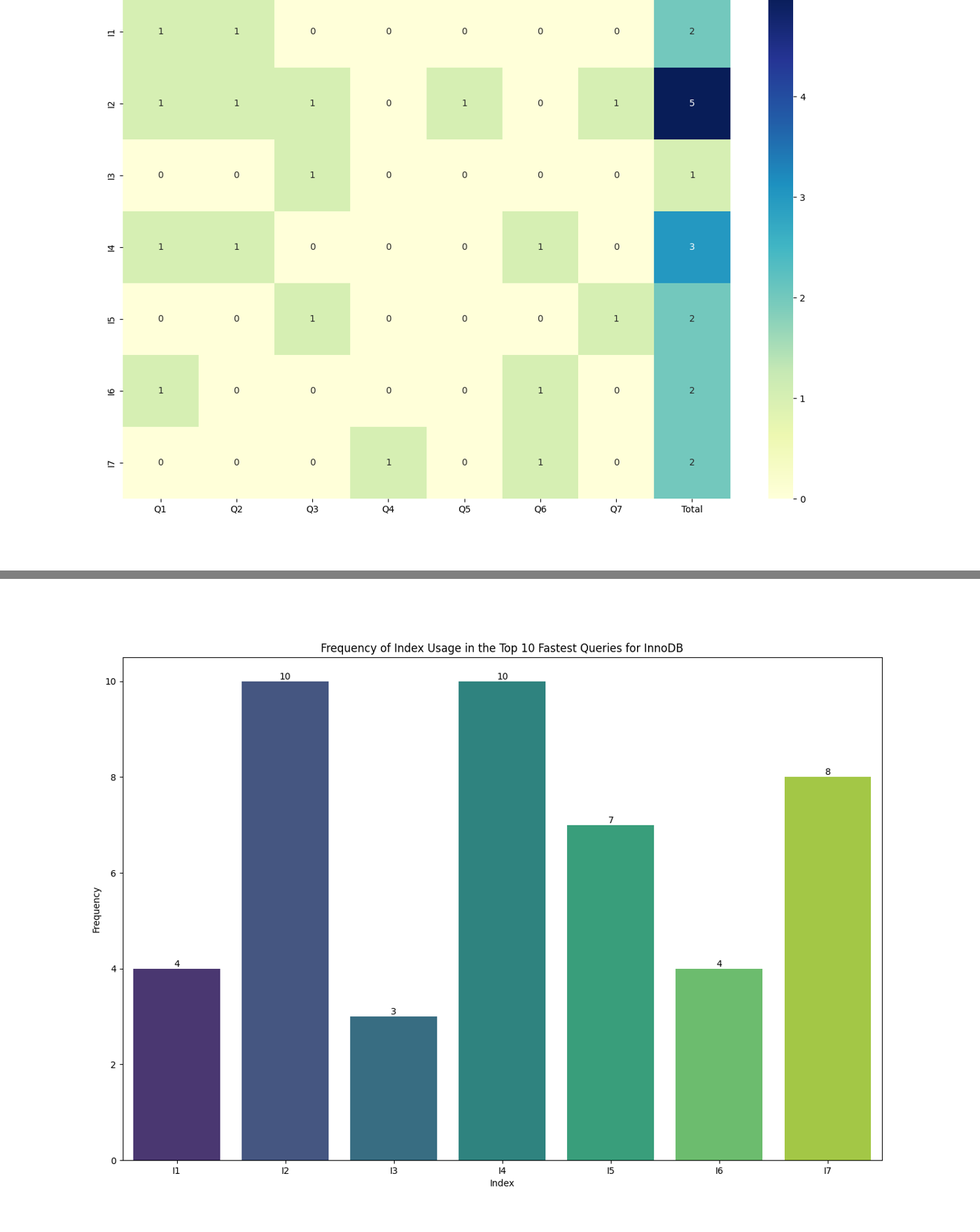
Repository: MarioPasc/Base-de-Datos-Microbiomas
Script's output: python src/mysql_performance_analysis.py
An editor plug-in stored every save of this project. The script's output is shown before and after the next save, followed by the edit.
The pictures show rows 5111 to 6871 of an output 6871 px tall, at 70% of full size.
Each picture stacks the figures in order, with grey between them; figures that are only written to a file come last. Figures wider than 1,400 px are first shrunk to that width. Random numbers start from a fixed seed.

Above is the script's output before, as saved 2024-06-08 11:23:50.

### src/mysql_performance_analysis.py
import pandas as pd
import seaborn as sns
import matplotlib.pyplot as plt
import numpy as np
from scipy.cluster.hierarchy import linkage
from scipy.spatial.distance import pdist
from typing import Any

class CSVVisualizer:
    def __init__(self, csv_path: str, figure_path: str):
        self.csv_path = csv_path
        self.figure_path = figure_path
        self.data = self.read_csv()

    def read_csv(self) -> pd.DataFrame:
        """Reads the CSV file and returns a pandas DataFrame."""
        return pd.read_csv(self.csv_path)

    def normalize_data(self, data: pd.DataFrame) -> pd.DataFrame:
        """Normalizes the data to have zero mean and unit variance."""
        return (data - data.mean()) / data.std()

    def plot_clustered_heatmap(self) -> None:
        """Generates and saves a clustered heatmap from the DataFrame."""
        # Pivot the data to have queries as columns and engines/indices as rows
        data_pivot = self.data.pivot(index='Engine', columns='Indices', values=['Q1', 'Q2', 'Q3', 'Q4', 'Q5', 'Q6', 'Q7'])

        # Flatten the multi-level column index for easier processing
        data_pivot.columns = ['_'.join(map(str, col)).strip() for col in data_pivot.columns.values]

        # Normalize the data
        data_normalized = self.normalize_data(data_pivot)

        # Compute the distance matrix and hierarchical clustering
        dist_matrix = pdist(data_normalized.T, metric='euclidean')
        linkage_matrix = linkage(dist_matrix, method='ward')

        # Plot clustered heatmap
        plt.figure(figsize=(20, 15))
        sns.clustermap(data_normalized, row_cluster=False, col_linkage=linkage_matrix, cmap='viridis')
        plt.savefig(f"{self.figure_path}clustered_heatmap.png")
        plt.close()

    def plot_boxplot(self) -> None:
        """Generates and saves a boxplot for query execution times by engine with mean times in legend."""
        # Compute the mean execution time across all queries for each index and engine
        self.data['MeanQueryTime'] = self.data[['Q1', 'Q2', 'Q3', 'Q4', 'Q5', 'Q6', 'Q7']].mean(axis=1)

        # Calculate the mean times for each engine
        mean_times = self.data.groupby('Engine')['MeanQueryTime'].mean().to_dict()

        # Define the order of engines and a custom palette
        engine_order = ['MyISAM', 'MEMORY', 'InnoDB']
        palette = {'InnoDB': '#5DADE2', 'MEMORY': '#58D68D', 'MyISAM': '#EC7063'}

        plt.figure(figsize=(15, 10))
        boxplot = sns.boxplot(x='Engine', y='MeanQueryTime', data=self.data, order=engine_order, palette=palette)
        plt.ylabel("Mean Execution Time (ms)")
        plt.xlabel("Storage Engine")
        plt.title("Distribution of Mean Query Execution Times by Storage Engine")

        # Add the mean times to the legend
        legend_labels = [f'{engine} (mean: {mean_times[engine]/1000:.4f}s)' for engine in engine_order]
        handles = [plt.Line2D([0], [0], color=palette[engine], lw=4) for engine in engine_order]
        plt.legend(handles, legend_labels, title="Engines")

        plt.savefig(f"{self.figure_path}boxplot.png")
        plt.close()

    def plot_clustered_heatmap_by_engine(self) -> None:
        """Generates and saves a clustered heatmap for each engine."""
        engines = self.data['Engine'].unique()
        for engine in engines:
            data_subset = self.data[self.data['Engine'] == engine]
            melted_data = pd.melt(data_subset, id_vars=['Indices'], value_vars=['Q1', 'Q2', 'Q3', 'Q4', 'Q5', 'Q6', 'Q7'])
            data_pivot = melted_data.pivot(index='variable', columns='Indices', values='value')
            data_normalized = self.normalize_data(data_pivot)
            dist_matrix = pdist(data_normalized.T, metric='euclidean')
            linkage_matrix = linkage(dist_matrix, method='ward')

            plt.figure(figsize=(20, 15))
            sns.clustermap(data_normalized, row_cluster=False, col_linkage=linkage_matrix, cmap='viridis')
            plt.title(f"Clustered Heatmap for Engine: {engine}")
            plt.savefig(f"{self.figure_path}clustered_heatmap_{engine}.png")
            plt.close()

    def plot_innodb_optimal_indices_heatmap(self) -> None:
        """Finds and plots the optimal indices heatmap for InnoDB engine."""
        innodb_data = self.data[self.data['Engine'] == 'InnoDB']
        optimal_indices = []

        for query in ['Q1', 'Q2', 'Q3', 'Q4', 'Q5', 'Q6', 'Q7']:
            min_time_row = innodb_data.loc[innodb_data[query].idxmin()]
            indices = min_time_row['Indices'].split('+')
            optimal_indices.append(indices)

        # Create a DataFrame for the heatmap
        index_set = sorted(set([idx for sublist in optimal_indices for idx in sublist]))
        heatmap_data = pd.DataFrame(0, index=index_set, columns=['Q1', 'Q2', 'Q3', 'Q4', 'Q5', 'Q6', 'Q7'])

        for i, indices in enumerate(optimal_indices):
            for idx in indices:
                heatmap_data.at[idx, f'Q{i+1}'] = 1

        heatmap_data['Total'] = heatmap_data.sum(axis=1)

        plt.figure(figsize=(15, 10))
        sns.heatmap(heatmap_data, annot=True, cmap='YlGnBu')
        plt.title("Optimal Indices for InnoDB Engine")
        plt.savefig(f"{self.figure_path}optimal_indices_heatmap_innodb.png")
        plt.close()

    def plot_innodb_index_frequency(self) -> None:
        """Generates and saves a bar plot for the frequency of index usage in the top 10 fastest queries for InnoDB."""
        # Filter the data for InnoDB engine
        innodb_data = self.data[self.data['Engine'] == 'InnoDB']

        # Find the 10 queries with the lowest mean execution time
        top_10_queries = innodb_data.nsmallest(10, 'MeanQueryTime')

        # Decompose the index combinations into individual indices
        all_indices = top_10_queries['Indices'].str.split('+').explode()

        # Count the frequency of each index
        index_counts = all_indices.value_counts()

        # Ensure the index order is "I1", "I2", "I3", ..., "I7"
        index_order = [f'I{i}' for i in range(1, 8)]
        index_counts = index_counts.reindex(index_order).fillna(0)

        # Plot the frequency of each index
        plt.figure(figsize=(15, 10))
        barplot = sns.barplot(x=index_counts.index, y=index_counts.values, palette='viridis')
        barplot.set_xlabel('Index')
        barplot.set_ylabel('Frequency')
        barplot.set_title('Frequency of Index Usage in the Top 10 Fastest Queries for InnoDB')

        # Annotate the bars with the frequency values
        for container in barplot.containers:
            barplot.bar_label(container)

        plt.savefig(f"{self.figure_path}innodb_index_frequency.png")
        plt.close()

if __name__ == "__main__":
    csv_path = "./query_optimization/mysql/mysql_encoded_optimization_results.csv"
    figure_path = "./query_optimization/mysql/figures/"

    visualizer = CSVVisualizer(csv_path, figure_path)
    visualizer.plot_clustered_heatmap()
    visualizer.plot_boxplot()
    visualizer.plot_clustered_heatmap_by_engine()
    visualizer.plot_innodb_optimal_indices_heatmap()
    visualizer.plot_innodb_index_frequency()
    print(f"Visualizations saved to {figure_path}")

Loaded but not shown: query_optimization/mysql/mysql_encoded_optimization_results.csv (385 lines, source omitted)

After the next save:
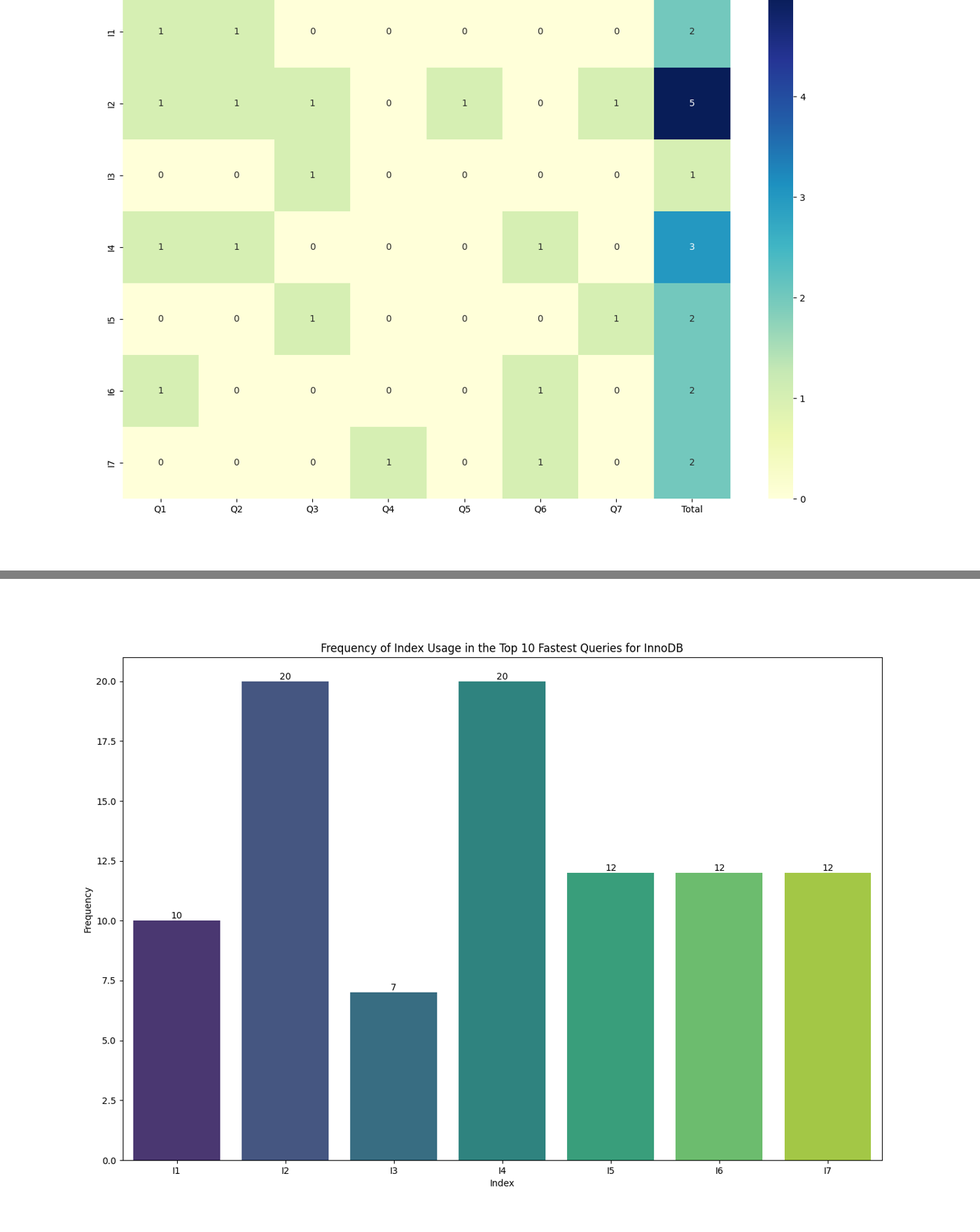
Saved 87 s later.
--- a/src/mysql_performance_analysis.py
+++ b/src/mysql_performance_analysis.py
@@ -116,7 +116,7 @@
         innodb_data = self.data[self.data['Engine'] == 'InnoDB']
 
         # Find the 10 queries with the lowest mean execution time
-        top_10_queries = innodb_data.nsmallest(10, 'MeanQueryTime')
+        top_10_queries = innodb_data.nsmallest(20, 'MeanQueryTime')
 
         # Decompose the index combinations into individual indices
         all_indices = top_10_queries['Indices'].str.split('+').explode()

After the save that followed:
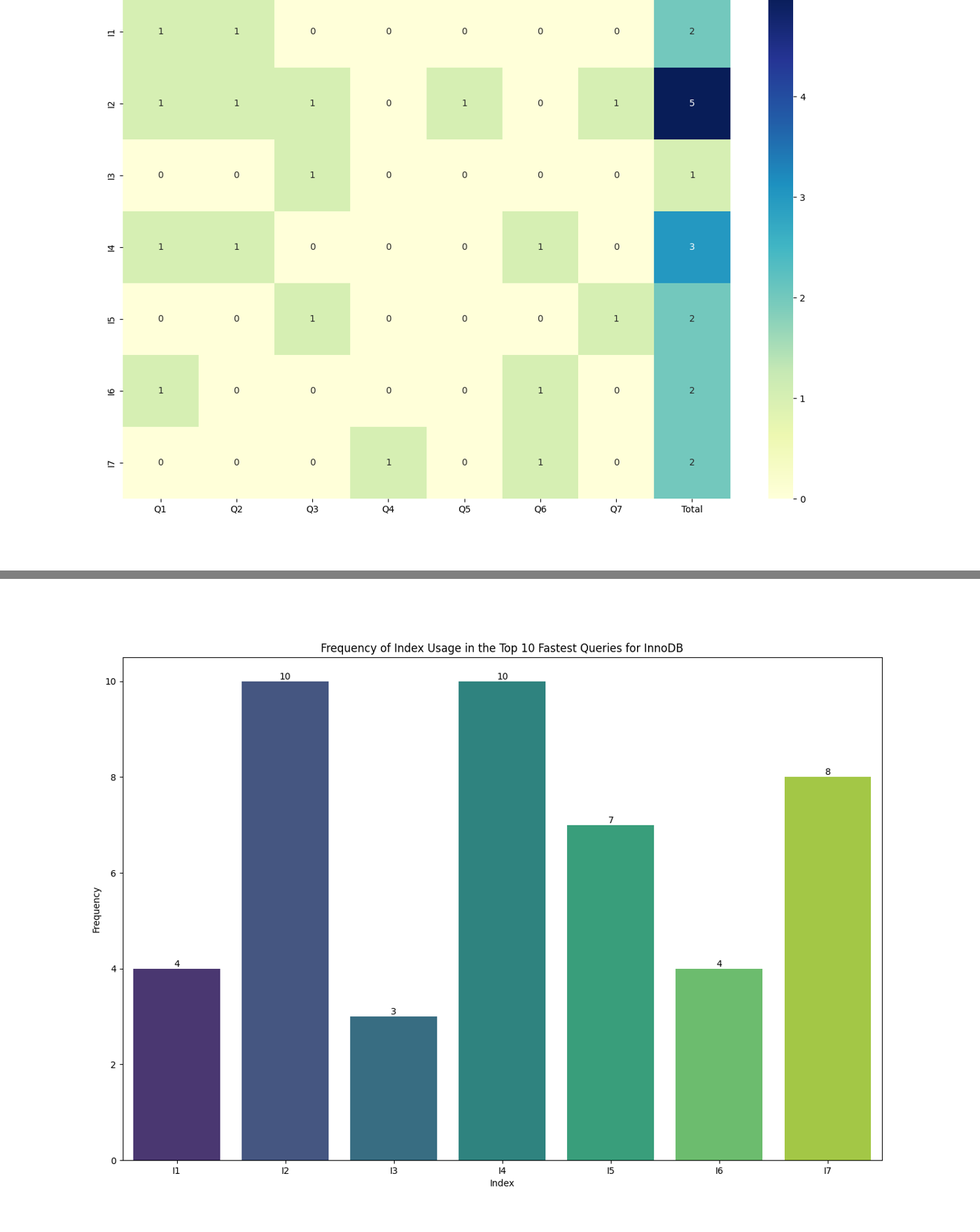
Saved 29 s later.
--- a/src/mysql_performance_analysis.py
+++ b/src/mysql_performance_analysis.py
@@ -116,7 +116,7 @@
         innodb_data = self.data[self.data['Engine'] == 'InnoDB']
 
         # Find the 10 queries with the lowest mean execution time
-        top_10_queries = innodb_data.nsmallest(20, 'MeanQueryTime')
+        top_10_queries = innodb_data.nsmallest(10, 'MeanQueryTime')
 
         # Decompose the index combinations into individual indices
         all_indices = top_10_queries['Indices'].str.split('+').explode()
